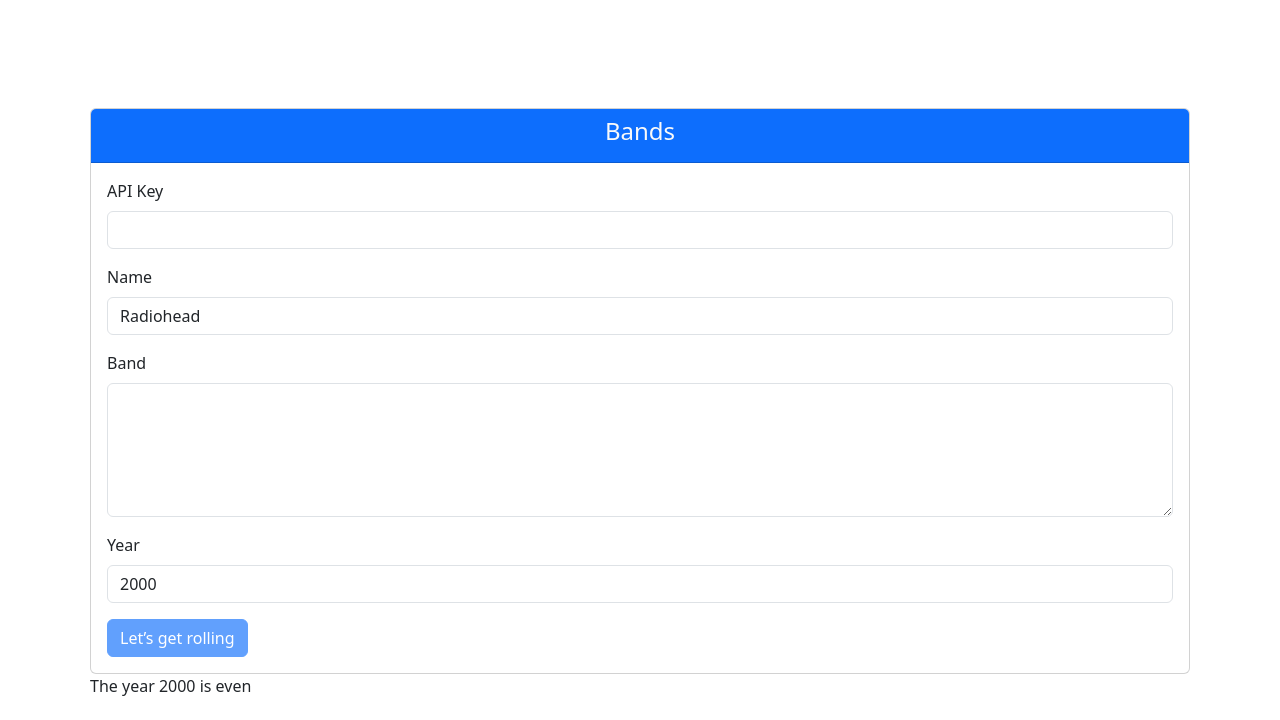
Repository: trider/teza-ai-app
Page: / (app in ng-teza-ai-app/)
The author's editor kept a copy of each file at every save. The page is drawn from the files as they stood at one save, then again after the next save.
The browser window is 1280 px wide. The pictures show the whole page.
The project was rebuilt for these pictures with package versions that can differ from the ones it lists, and the page was loaded fresh each time. Also part of the build but not shown: ng-teza-ai-app/angular.json.

Above is the page before, as saved 2025-01-21 09:06:21.

After the next save:
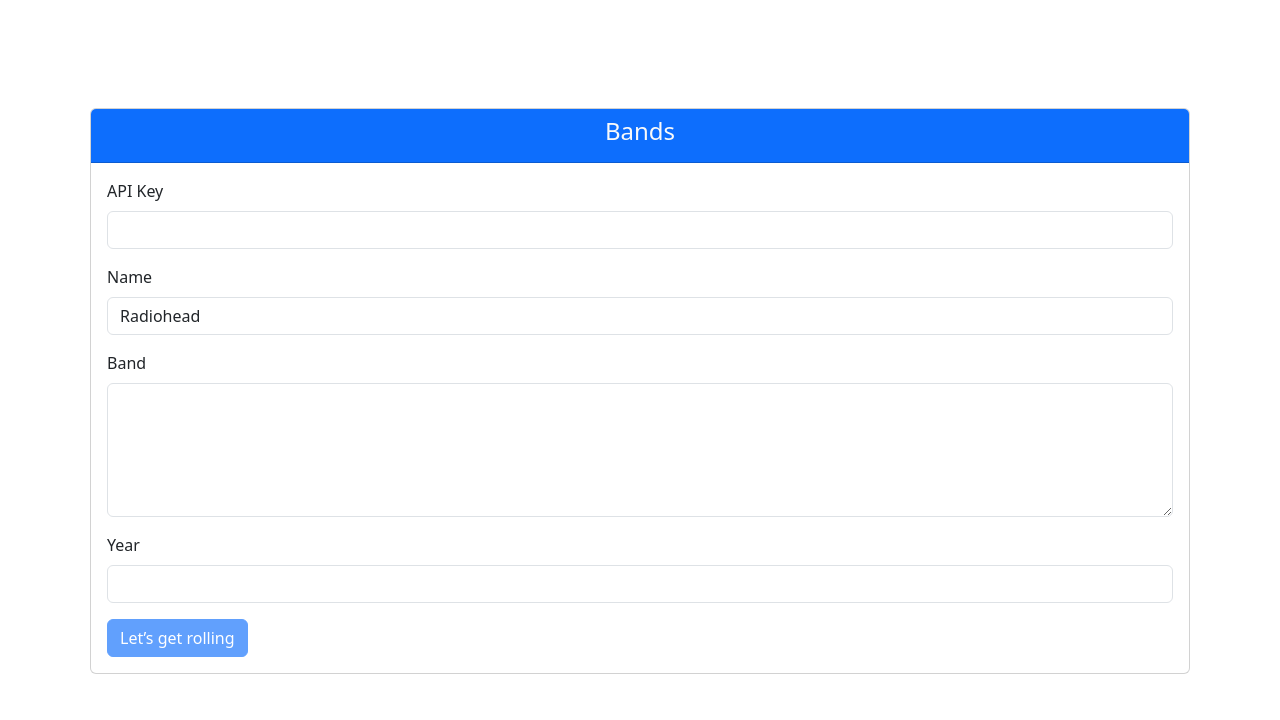
Saved 15 s later.
--- a/ng-teza-ai-app/src/app/band-lookup/band-lookup.component.ts
+++ b/ng-teza-ai-app/src/app/band-lookup/band-lookup.component.ts
@@ -32,7 +32,7 @@
     apiKey: new FormControl(''),
     name: new FormControl('Radiohead'),
     band: new FormControl('Your favorite music band + a few words explaining why you chose them.'),
-    year: new FormControl('2000')
+    year: new FormControl()
   });
 
 
@@ -44,7 +44,7 @@
 
   ) {
     this.generateYears();
-    this.checkOddOrEven()
+
   }
 
 

After the save that followed:
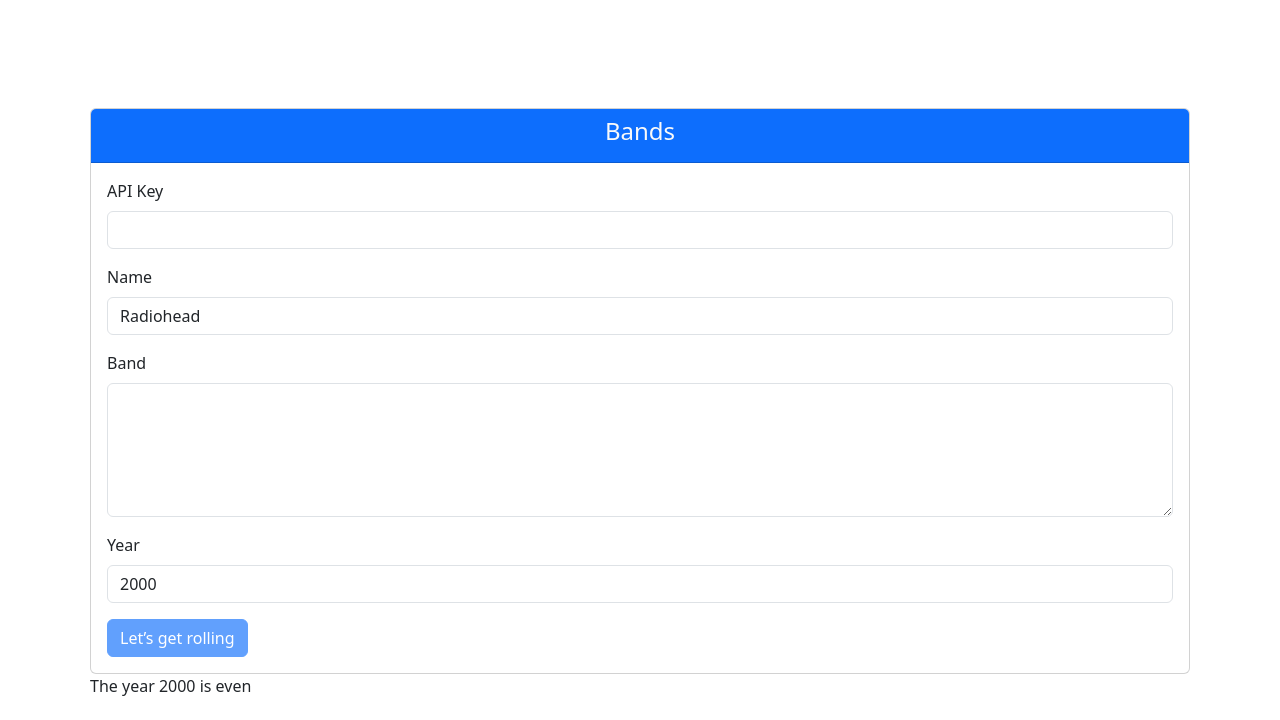
Saved 14 s later.
--- a/ng-teza-ai-app/src/app/band-lookup/band-lookup.component.ts
+++ b/ng-teza-ai-app/src/app/band-lookup/band-lookup.component.ts
@@ -32,7 +32,7 @@
     apiKey: new FormControl(''),
     name: new FormControl('Radiohead'),
     band: new FormControl('Your favorite music band + a few words explaining why you chose them.'),
-    year: new FormControl()
+    year: new FormControl('2000')
   });
 
 
@@ -44,7 +44,7 @@
 
   ) {
     this.generateYears();
-
+    this.checkOddOrEven()
   }
 
 
@@ -78,7 +78,7 @@
 
     let val:any = payloadData.year?.toString()
     let num:number = parseInt(val)
-
+    alert(val)
     if (num % 2 === 0) {
       this.theYear = `The year ${val} is even`
     }
